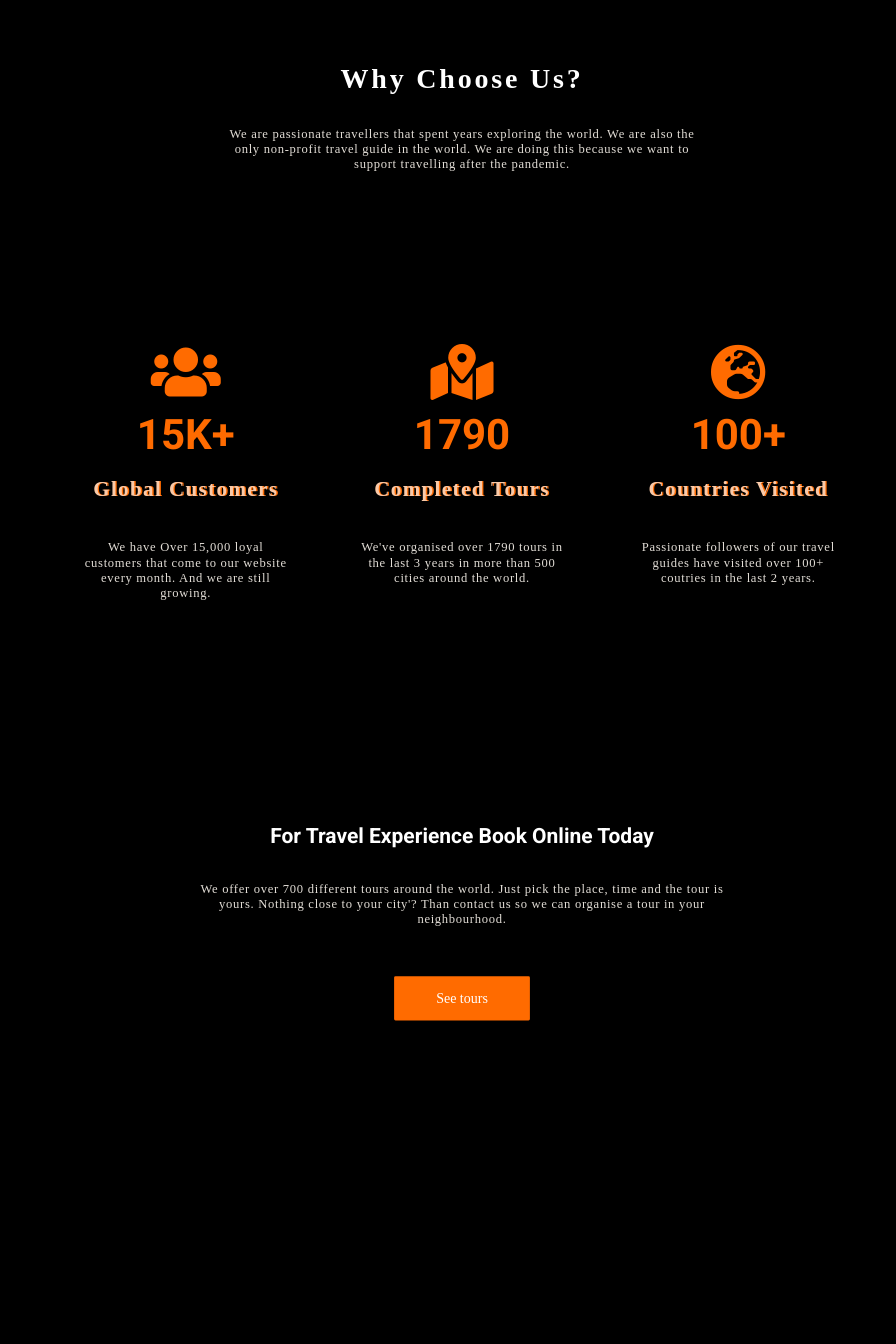
Repository: Hunga9k50doker/wildver-travel
Page: src/index.html
The author's editor kept a copy of each file at every save. The page is drawn from the files as they stood at one save, then again after the next save.
The browser window is 1280 px wide. The pictures show the part of the page from y = 4544 to 6464 px (the page is 6464 px tall), at 70% of full size.
Some web fonts or font styles are not loaded; a fallback is used. The style sheet was rebuilt from its Sass, Less or Tailwind sources for each picture, by a compiler version that may differ from the author's.

Above is the page before, as saved 2021-08-27 21:52:55.

After the next save:
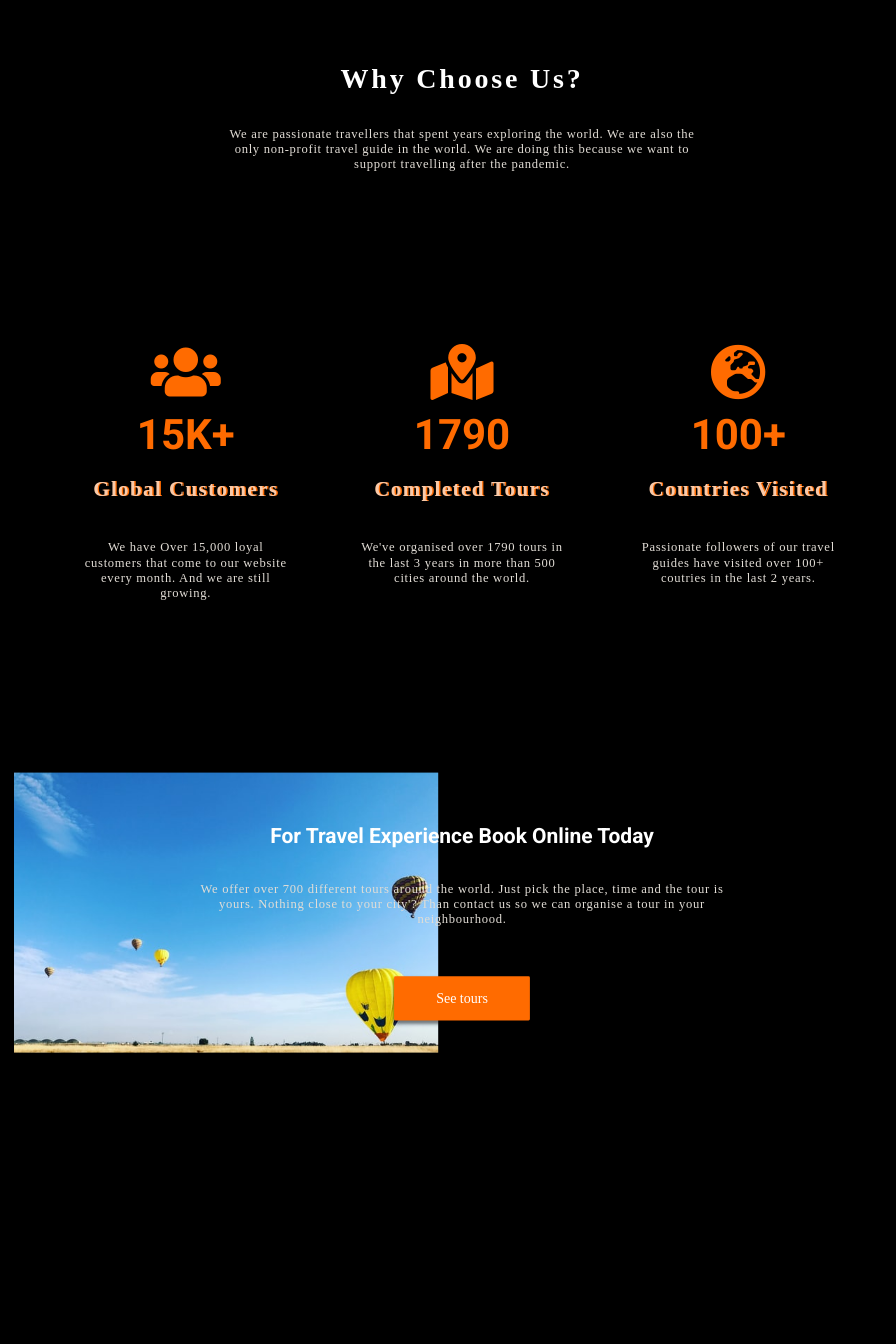
Saved 9 s later.
--- a/src/resources/scss/container.scss
+++ b/src/resources/scss/container.scss
@@ -212,7 +212,7 @@ $mode: cubic-bezier(0.17, 0.67, 0.55, 1.43);
                 align-items:center;
                 justify-content: center;
                 text-align: center;
-                background: url(/src/public/img/airBllon.jpg) no-repeat cover;
+                background: url(/src/public/img/airBllon.jpg) no-repeat ;
                 flex-direction: column;
                 h3{
                     font-size: 3rem;
